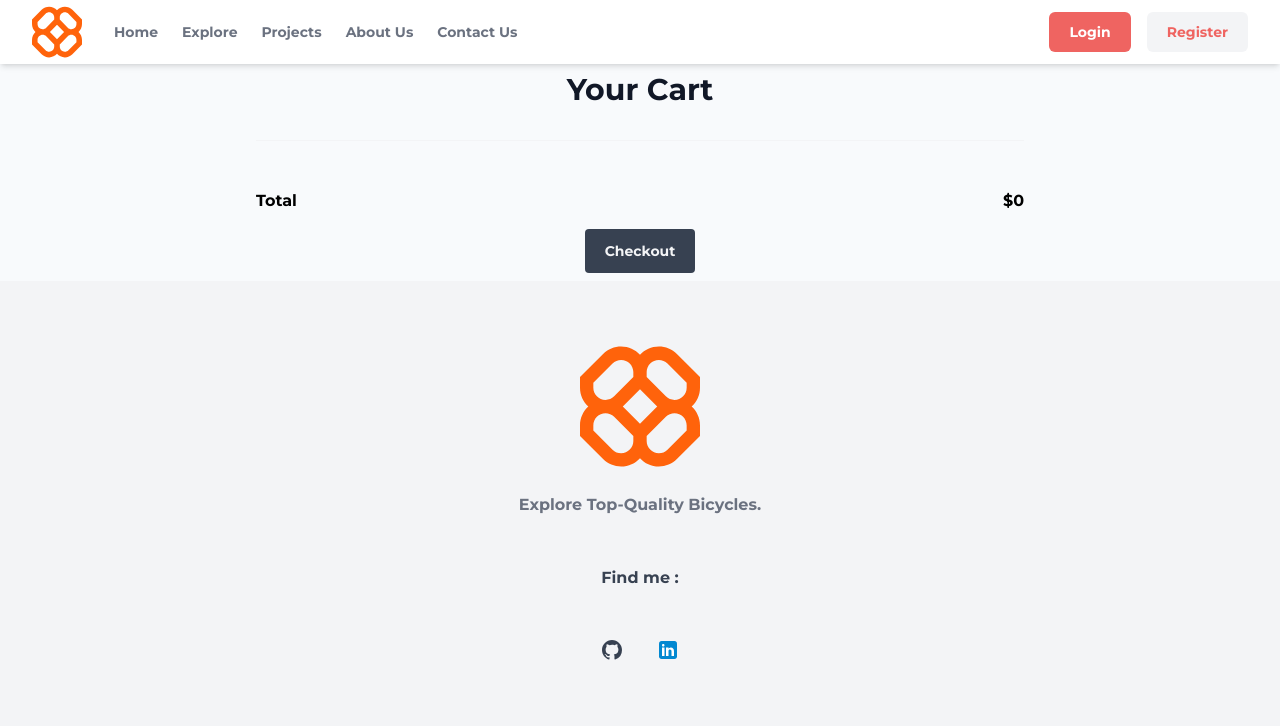
Repository: YahiaSala7/E-commerce-Project
Page: /cart (app in ecommerce/)
The author's editor kept a copy of each file at every save. The page is drawn from the files as they stood at one save, then again after the next save.
The browser window is 1280 px wide. The pictures show the whole page.
The page's requests for data from a server got no answer. The project was rebuilt for these pictures with package versions that can differ from the ones it lists, and the page was loaded fresh each time. Some packages were replaced by stand-ins written for this rebuild. The framework's server and built-in components were replaced by stand-ins that run in the browser. No one was signed in, and anything a server would have sent is missing. Also part of the build but not shown: ecommerce/next.config.mjs, ecommerce/app/_Components/Cart.jsx.

Above is the page before, as saved 2024-07-30 21:15:38.

### ecommerce/app/layout.js
"use client";
import { Montserrat } from "next/font/google";
import "./globals.css";
import Header from "./_Components/Header";
import Footer from "./_Components/Footer";
import { ClerkProvider } from "@clerk/nextjs";
import { cartContext } from "./_context/cartContext";
import { useState } from "react";
const inter = Montserrat({ subsets: ["latin"], weight: "700" });

// export const metadata = {
//   title: "Create Next App",
//   description: "Generated by create next app",
// };

export default function RootLayout({ children }) {
  const [cart, setCart] = useState([]);
  return (
    <ClerkProvider>
      <cartContext.Provider value={{ cart, setCart }}>
        <html lang="en">
          <body className={inter.className}>
            <Header />
            {children}
            <Footer />
          </body>
        </html>
      </cartContext.Provider>
    </ClerkProvider>
  );
}

### ecommerce/app/cart/page.js
"use client";
import React, { useContext } from "react";
import { cartContext } from "../_context/cartContext";
import cartApis from "../_utils/cartApis";
import { useRouter } from "next/navigation";
function Cart() {
  const { cart, setCart } = useContext(cartContext);
  const router = useRouter();
  const getTotalAmount = () => {
    let totalAmont = 0;
    cart.forEach((item) => {
      totalAmont = totalAmont + Number(item?.product?.attributes?.price);
    });
    return totalAmont;
  };
  const deleteCartItem_ = (id) => {
    cartApis
      .deleteCartItem(id)
      .then((res) => {
        if (res) {
          setCart((oldCart) =>
            oldCart.filter((item) => item?.id !== res?.data?.data?.id)
          );
        }
      })
      .catch((err) => {
        console.log(err);
      });
  };
  return (
    <section>
      <div className="container max-w-screen-xl py-2">
        <div className="max-w-3xl mx-auto">
          <header className="text-center">
            <h1 className="text-xl font-bold text-gray-900 sm:text-3xl">
              Your Cart
            </h1>
          </header>

          <div className="mt-8">
            <ul className="space-y-4">
              {cart.map((item, index) => {
                console.log(item);
                const sourceImage =
                  item?.product?.attributes?.image?.data[0].attributes.url;
                return (
                  <li className="flex items-center gap-4" key={index}>
                    <img
                      src={sourceImage}
                      alt=""
                      className="object-cover rounded size-16"
                    />

                    <div>
                      <h3 className="text-sm text-gray-900">
                        {item?.product?.attributes?.title}
                      </h3>

                      <div className="text-sm text-gray-500">
                        <dt className="inline">Category:</dt>
                        <dd className="inline">
                          {item?.product?.attributes?.Category}
                        </dd>
                      </div>
                    </div>

                    <div className="flex items-center justify-end flex-1 gap-2">
                      <div>
                        <dd className="inline">
                          {item?.product?.attributes?.price}EGP
                        </dd>
                      </div>
                      <button
                        className="text-gray-600 transition hover:text-red-600"
                        onClick={() => deleteCartItem_(item?.id)}>
                        <span className="sr-only">Remove item</span>
                        <svg
                          xmlns="http://www.w3.org/2000/svg"
                          fill="none"
                          viewBox="0 0 24 24"
                          strokeWidth="1.5"
                          stroke="currentColor"
                          className="w-4 h-4">
                          <path
                            strokeLinecap="round"
                            strokeLinejoin="round"
                            d="M14.74 9l-.346 9m-4.788 0L9.26 9m9.968-3.21c.342.052.682.107 1.022.166m-1.022-.165L18.16 19.673a2.25 2.25 0 01-2.244 2.077H8.084a2.25 2.25 0 01-2.244-2.077L4.772 5.79m14.456 0a48.108 48.108 0 00-3.478-.397m-12 .562c.34-.059.68-.114 1.022-.165m0 0a48.11 48.11 0 013.478-.397m7.5 0v-.916c0-1.18-.91-2.164-2.09-2.201a51.964 51.964 0 00-3.32 0c-1.18.037-2.09 1.022-2.09 2.201v.916m7.5 0a48.667 48.667 0 00-7.5 0"
                          />
                        </svg>
                      </button>
                    </div>
                  </li>
                );
              })}
            </ul>

            <div className="flex flex-col pt-8 mt-8 border-t border-gray-100 ">
              <div className="flex justify-between !text-base font-medium py-4">
                <p>Total</p>
                <p>${getTotalAmount()}</p>
              </div>

              <div className="flex justify-center">
                <button
                  onClick={() =>
                    router.push(`/checkout?amount=${getTotalAmount()}`)
                  }
                  className="block px-5 py-3 text-sm text-gray-100 transition bg-gray-700 rounded hover:bg-gray-600">
                  Checkout
                </button>
              </div>
            </div>
          </div>
        </div>
      </div>
    </section>
  );
}

export default Cart;

### ecommerce/app/globals.css
@tailwind base;
@tailwind components;
@tailwind utilities;

:root {
  /* --foreground-rgb: 0, 0, 0; */
  /* --background-start-rgb: 214, 219, 220;
  --background-end-rgb: 255, 255, 255; */

}

@media (prefers-color-scheme: dark) {
  :root {
    /* --foreground-rgb: 0, 0, 0; */
    /* --background-start-rgb: 0, 0, 0;
    --background-end-rgb: 0, 0, 0; */
  }
}

body {
  @apply bg-slate-50 scroll-smooth
  /* color: rgb(var(--foreground-rgb)); */
  /* background: linear-gradient(
      to bottom,
      transparent,
      rgb(var(--background-end-rgb))
    )
    rgb(var(--background-start-rgb)); */
}

@layer utilities {
  .text-balance {
    text-wrap: balance;
  }
}
.container{
  @apply mx-auto px-4 sm:px-6 lg:px-8
}

### ecommerce/app/_Components/Header.jsx
"use client";
import { UserButton, useUser } from "@clerk/nextjs";
import { ShoppingCart } from "lucide-react";
import React, { useContext, useEffect, useState } from "react";
import { cartContext } from "../_context/cartContext";
import cartApis from "../_utils/cartApis";
import Cart from "./Cart";
function Header() {
  const { user } = useUser();
  const [isCartOpen, setIsCartOpen] = useState(false);
  const { cart, setCart } = useContext(cartContext);
  useEffect(() => {
    user && getCartItems();
  }, [user]);
  const getCartItems = () => {
    cartApis
      .getUserCartItems(user.primaryEmailAddress.emailAddress)
      .then((res) => {
        console.log("response from cart items", res?.data?.data);
        res?.data?.data.forEach((citem) => {
          setCart((oldCart) => [
            ...oldCart,
            {
              id: citem.id,
              product: citem?.attributes?.products?.data[0],
            },
          ]);
        });
      });
  };
  return (
    <header className="bg-white shadow-md">
      <div className="container flex items-center h-16 max-w-screen-xl gap-8 px-4 mx-auto sm:px-6 lg:px-8">
        <img src="/logo.svg" width={"50px"} height={"50px"} />

        <div className="flex items-center justify-end flex-1 md:justify-between">
          <nav aria-label="Global" className="hidden md:block">
            <ul className="flex items-center gap-6 text-sm">
              <li>
                <a
                  className="text-gray-500 transition hover:text-gray-500/75"
                  href="/">
                  {" "}
                  Home{" "}
                </a>
              </li>

              <li>
                <a
                  className="text-gray-500 transition hover:text-gray-500/75"
                  href="#">
                  {" "}
                  Explore{" "}
                </a>
              </li>

              <li>
                <a
                  className="text-gray-500 transition hover:text-gray-500/75"
                  href="#">
                  {" "}
                  Projects{" "}
                </a>
              </li>

              <li>
                <a
                  className="text-gray-500 transition hover:text-gray-500/75"
                  href="#">
                  {" "}
                  About Us{" "}
                </a>
              </li>

              <li>
                <a
                  className="text-gray-500 transition hover:text-gray-500/75"
                  href="#">
                  {" "}
                  Contact Us{" "}
                </a>
              </li>
            </ul>
          </nav>

          {!user ? (
            <div className="flex items-center gap-4">
              <div className="sm:flex sm:gap-4">
                <a
                  className="block rounded-md bg-primary px-5 py-2.5 text-sm font-medium text-white transition hover:bg-secondary "
                  href="/sign-in">
                  Login
                </a>

                <a
                  className="hidden rounded-md bg-gray-100 px-5 py-2.5 text-sm font-medium text-primary transition hover:text-secondary sm:block"
                  href="/sign-up">
                  Register
                </a>
              </div>

              <button className="block rounded bg-gray-100 p-2.5 text-gray-600 transition hover:text-gray-600/75 md:hidden">
                <span className="sr-only">Toggle menu</span>
                <svg
                  xmlns="http://www.w3.org/2000/svg"
                  className="w-5 h-5"
                  fill="none"
                  viewBox="0 0 24 24"
                  stroke="currentColor"
                  strokeWidth="2">
                  <path
                    strokeLinecap="round"
                    strokeLinejoin="round"
                    d="M4 6h16M4 12h16M4 18h16"
                  />
                </svg>
              </button>
            </div>
          ) : (
            <div className="relative flex items-center gap-5">
              <h2 className="flex items-center gap-2">
                <ShoppingCart onClick={() => setIsCartOpen(!isCartOpen)} />(
                {cart?.length})
              </h2>
              <UserButton afterSwitchSessionUrl="/" />
              {isCartOpen ? <Cart /> : ""}
            </div>
          )}
        </div>
      </div>
    </header>
  );
}

export default Header;

### ecommerce/app/_Components/Footer.jsx
" use client";
import { useUser } from "@clerk/nextjs";
import Image from "next/image";
import React from "react";

function Footer() {
  const { user } = useUser();
  return (
    <footer className="bg-gray-100 ">
      <div className="max-w-5xl px-4 py-16 mx-auto sm:px-6 lg:px-8">
        <div className="flex justify-center text-teal-600">
          <Image src="/logo.svg" alt="logo" width={120} height={70} />
        </div>

        <p className="max-w-md mx-auto mt-6 leading-relaxed text-center text-gray-500">
          Explore Top-Quality Bicycles.
        </p>
        <h2 className="flex justify-center gap-6 mt-12 text-gray-700 transition md:gap-8 hover:text-gray-700/75">
          Find me :
        </h2>
        <ul className="flex justify-center gap-6 mt-12 md:gap-8">
          <li>
            <a
              href="https://github.com/YahiaSala7"
              rel="noreferrer"
              target="_blank"
              className="text-gray-700 transition hover:text-gray-700/75">
              <span className="sr-only">GitHub</span>
              <svg
                className="w-6 h-6"
                fill="currentColor"
                viewBox="0 0 24 24"
                aria-hidden="true">
                <path
                  fillRule="evenodd"
                  d="M12 2C6.477 2 2 6.484 2 12.017c0 4.425 2.865 8.18 6.839 9.504.5.092.682-.217.682-.483 0-.237-.008-.868-.013-1.703-2.782.605-3.369-1.343-3.369-1.343-.454-1.158-1.11-1.466-1.11-1.466-.908-.62.069-.608.069-.608 1.003.07 1.531 1.032 1.531 1.032.892 1.53 2.341 1.088 2.91.832.092-.647.35-1.088.636-1.338-2.22-.253-4.555-1.113-4.555-4.951 0-1.093.39-1.988 1.029-2.688-.103-.253-.446-1.272.098-2.65 0 0 .84-.27 2.75 1.026A9.564 9.564 0 0112 6.844c.85.004 1.705.115 2.504.337 1.909-1.296 2.747-1.027 2.747-1.027.546 1.379.202 2.398.1 2.651.64.7 1.028 1.595 1.028 2.688 0 3.848-2.339 4.695-4.566 4.943.359.309.678.92.678 1.855 0 1.338-.012 2.419-.012 2.747 0 .268.18.58.688.482A10.019 10.019 0 0022 12.017C22 6.484 17.522 2 12 2z"
                  clipRule="evenodd"
                />
              </svg>
            </a>
          </li>
          <li>
            <a
              href="https://www.linkedin.com/in/yahia-salah/"
              rel="noreferrer"
              target="_blank"
              className="text-gray-700 transition hover:text-gray-700/75">
              <span className="sr-only">LinkedIn</span>
              <svg
                xmlns="http://www.w3.org/2000/svg"
                className="w-6 h-6"
                viewBox="0 0 48 48">
                <path
                  fill="#0288D1"
                  d="M42,37c0,2.762-2.238,5-5,5H11c-2.761,0-5-2.238-5-5V11c0-2.762,2.239-5,5-5h26c2.762,0,5,2.238,5,5V37z"></path>
                <path
                  fill="#FFF"
                  d="M12 19H17V36H12zM14.485 17h-.028C12.965 17 12 15.888 12 14.499 12 13.08 12.995 12 14.514 12c1.521 0 2.458 1.08 2.486 2.499C17 15.887 16.035 17 14.485 17zM36 36h-5v-9.099c0-2.198-1.225-3.698-3.192-3.698-1.501 0-2.313 1.012-2.707 1.99C24.957 25.543 25 26.511 25 27v9h-5V19h5v2.616C25.721 20.5 26.85 19 29.738 19c3.578 0 6.261 2.25 6.261 7.274L36 36 36 36z"></path>
              </svg>
            </a>
          </li>
        </ul>
      </div>
    </footer>
  );
}

export default Footer;

### ecommerce/app/_context/cartContext.js
import { createContext } from "react";

export const cartContext = createContext(null);

### ecommerce/app/_utils/cartApis.js
const { default: dataFetching } = require("./dataFetching");

const addToCart = (payload) => dataFetching.post("/carts", payload);
const getUserCartItems = (email) =>
  dataFetching.get(
    `carts?populate[products][populate]=image&filters[email][$eq]=${email}`
  );
const deleteCartItem = (id) => dataFetching.delete(`/carts/${id}`);

export default { addToCart, getUserCartItems, deleteCartItem };

### ecommerce/app/_utils/dataFetching.js
const { default: axios } = require("axios");

const apiKey = process.env.NEXT_PUBLIC_REST_API_KEY;
const baseUrl = "http://localhost:1337/api";

const dataFetching = axios.create({
  baseURL: baseUrl,
  headers: {
    Authorization: `Bearer ${apiKey}`,
  },
});

export default dataFetching;

### ecommerce/tailwind.config.js
/** @type {import('tailwindcss').Config} */
module.exports = {
  content: [
    "./pages/**/*.{js,ts,jsx,tsx,mdx}",
    "./components/**/*.{js,ts,jsx,tsx,mdx}",
    "./app/**/*.{js,ts,jsx,tsx,mdx}",
  ],
  theme: {
    extend: {
      backgroundImage: {
        "gradient-radial": "radial-gradient(var(--tw-gradient-stops))",
        "gradient-conic":
          "conic-gradient(from 180deg at 50% 50%, var(--tw-gradient-stops))",
      },
      colors: {
        primary: "#EF6461",
        secondary: " #B83D3A",
      },
      screens: {
        xs: "480px", // Custom breakpoint for extra small devices
        "3xl": "1600px", // Custom breakpoint for very large screens
      },
    },
  },
  plugins: [],
};

After the next save:
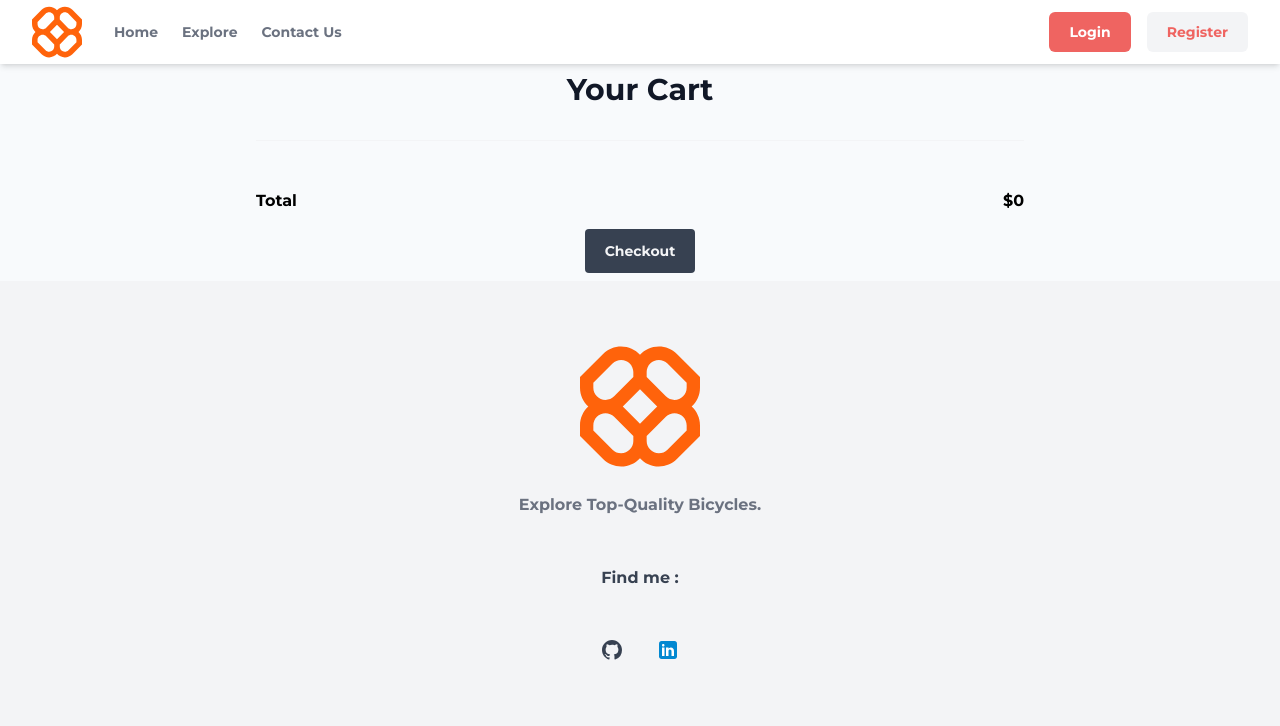
Saved 48 s later.
--- a/ecommerce/app/_Components/Header.jsx
+++ b/ecommerce/app/_Components/Header.jsx
@@ -51,24 +51,6 @@ function Header() {
                   href="#">
                   {" "}
                   Explore{" "}
-                </a>
-              </li>
-
-              <li>
-                <a
-                  className="text-gray-500 transition hover:text-gray-500/75"
-                  href="#">
-                  {" "}
-                  Projects{" "}
-                </a>
-              </li>
-
-              <li>
-                <a
-                  className="text-gray-500 transition hover:text-gray-500/75"
-                  href="#">
-                  {" "}
-                  About Us{" "}
                 </a>
               </li>
 
